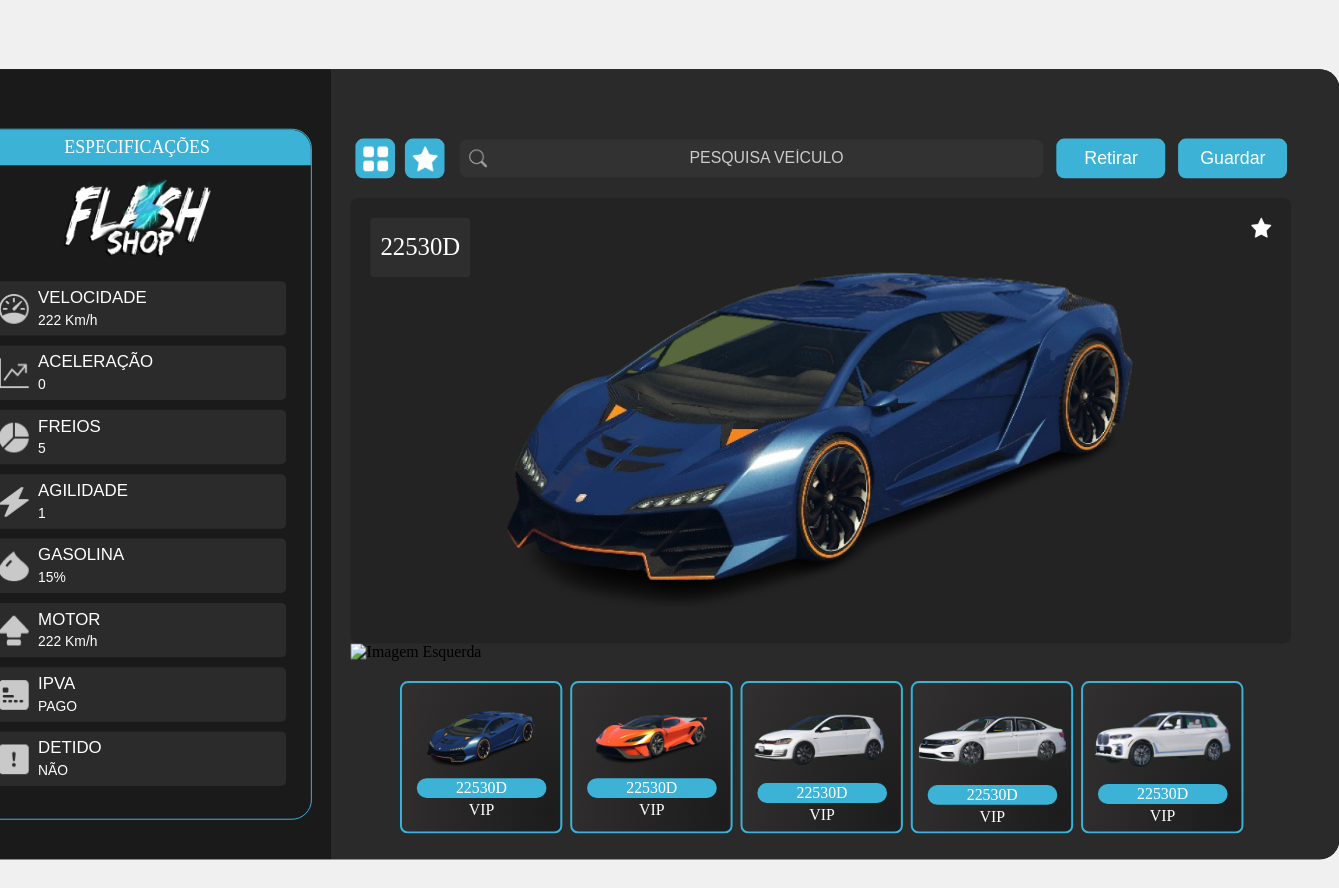
Repository: DuMCorrea/Garagem
Page: index.html
The author's editor kept a copy of each file at every save. The page is drawn from the files as they stood at one save, then again after the next save.
The browser window is 1280 px wide. The page is 1353 px wide, so the pictures cover 1353 px, including what lies to the right of the window. The pictures show the whole page, at 99% of full size.
Some web fonts or font styles are not loaded; a fallback is used.

Above is the page before, as saved 2024-08-22 20:05:54.
Not found: assets/imagem-esquerda.png

After the next save:
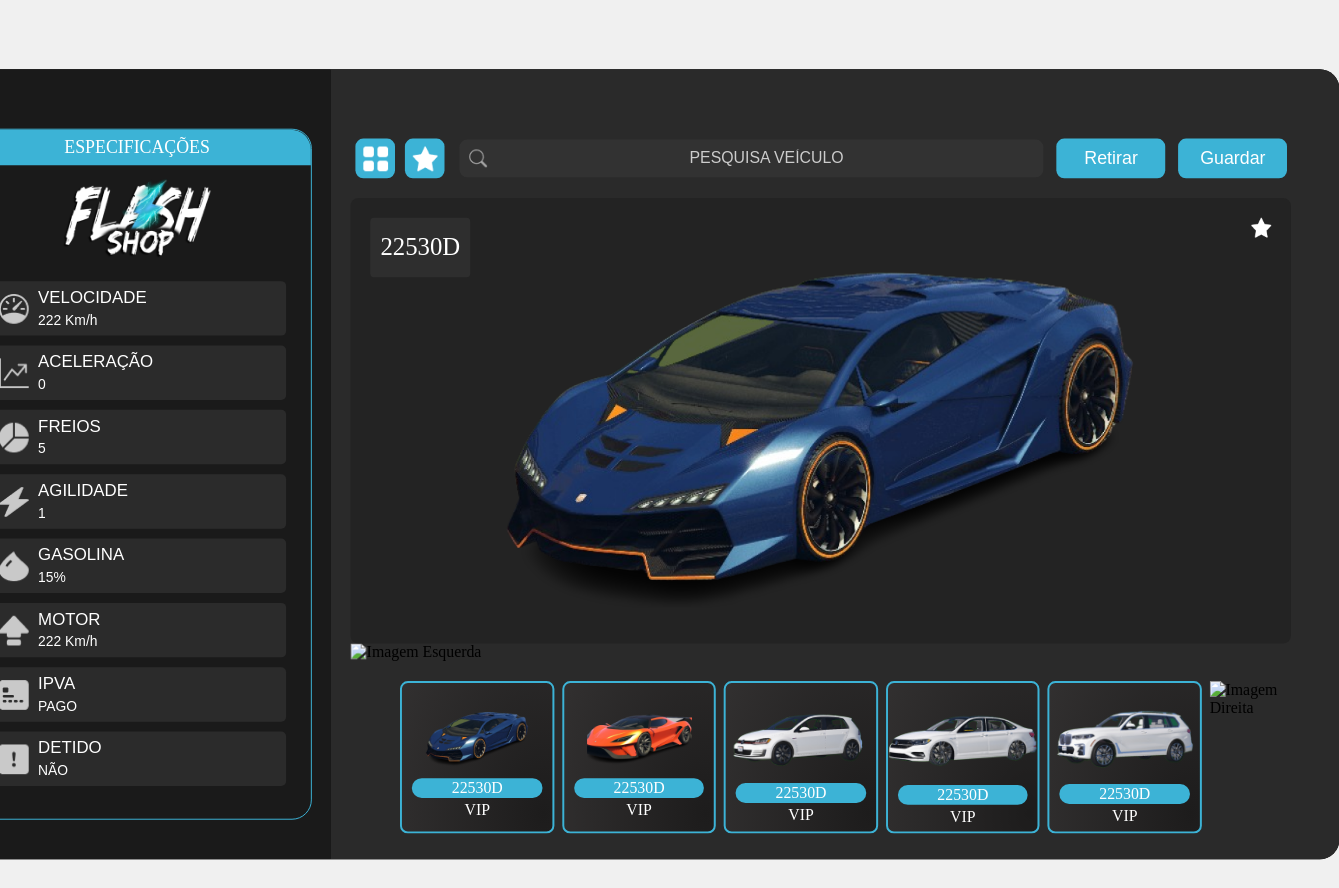
Not found: assets/imagem-direita.png
Saved 14 s later.
--- a/index.html
+++ b/index.html
@@ -142,6 +142,7 @@
                             <div class="card-vip">VIP</div>
                         </div>
                     </div>
+                    <img src="assets/imagem-direita.png" alt="Imagem Direita" class="imagem-lateral imagem-lateral-direita">
                 </div>
             </div>
         </div>
